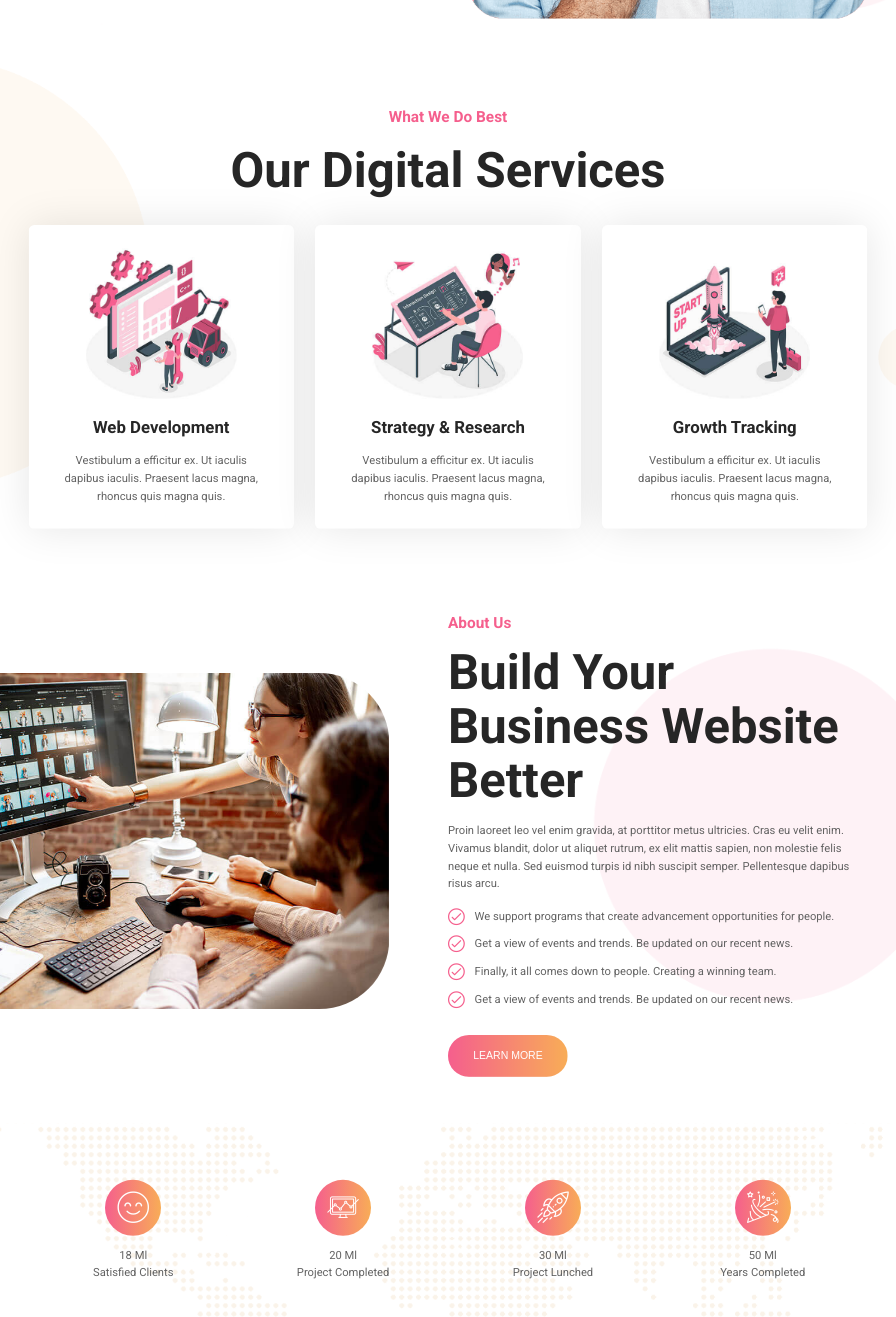
Repository: ducdatit2002/samar
Page: index.html
These files come from the project's save history. The page is drawn as it stood at one moment and after the next save; the edit follows.
The browser window is 1280 px wide. The pictures show the part of the page from y = 749 to 2669 px (the page is 2630 px tall before and 2669 px after), at 70% of full size.

Above is the page before, as saved 2023-07-27 09:57:38.

After the next save:
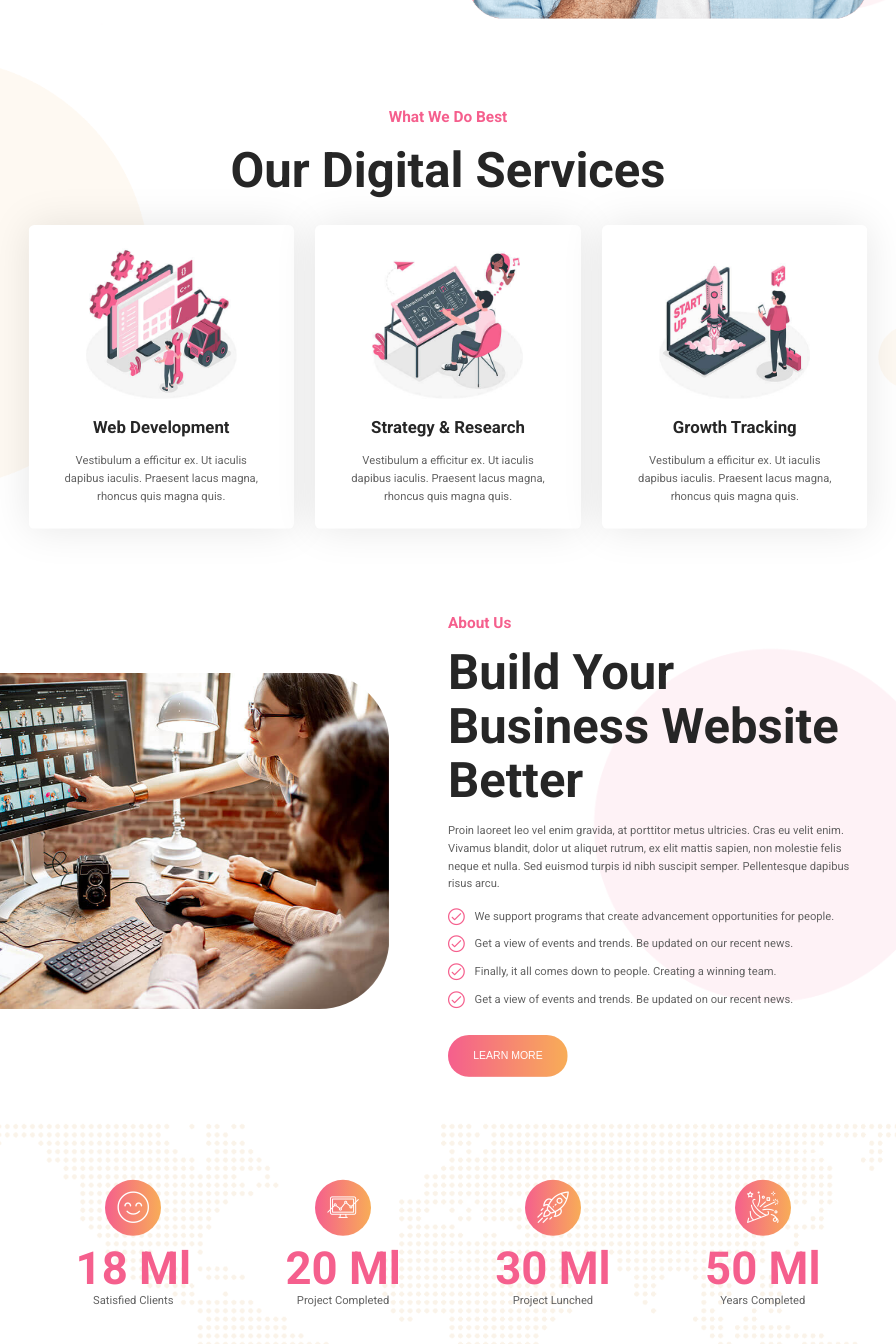
Saved 21 s later.
--- a/index.css
+++ b/index.css
@@ -253,6 +253,12 @@ header {
     border-radius: 50%;
     margin-bottom: 15px;
 }
+.number__item p:first-of-type {
+    font-size: 65px;
+    font-weight: 800;
+    color: #f55f8d;
+    line-height: 1;
+}
 
 /*Animation */
 @keyframes upToDown {
